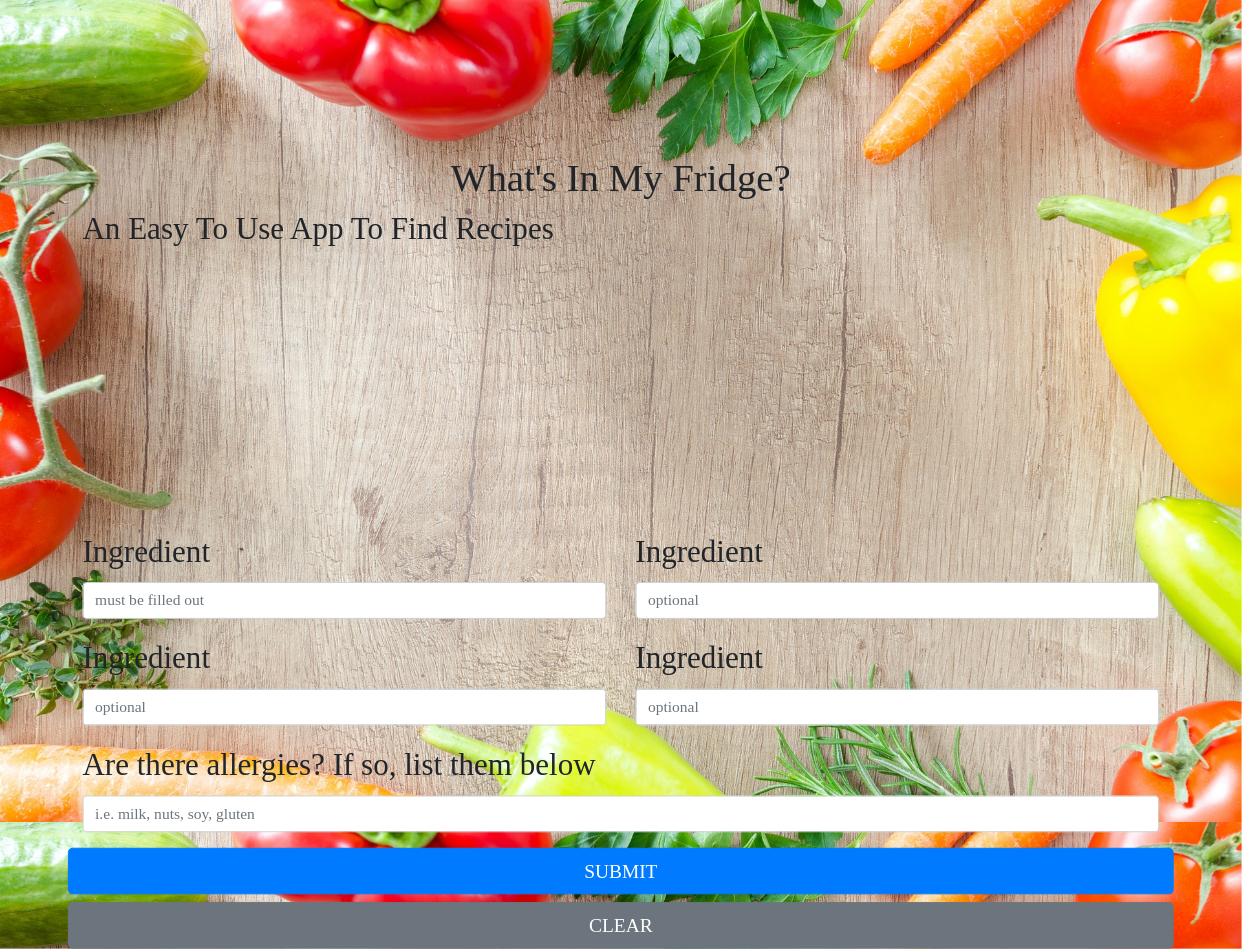
Repository: ogipajic/Recipe_API
Page: index.html
These files come from the project's save history. The page is drawn as it stood at one moment and after the next save; the edit follows.
The browser window is 1280 px wide. The pictures show the whole page, at 97% of full size.
Backgrounds fixed to the window are drawn as part of the page. Some web fonts or font styles are not loaded; a fallback is used.

Above is the page before, as saved 2020-07-06 14:59:45.
Not found: script.js

After the next save:
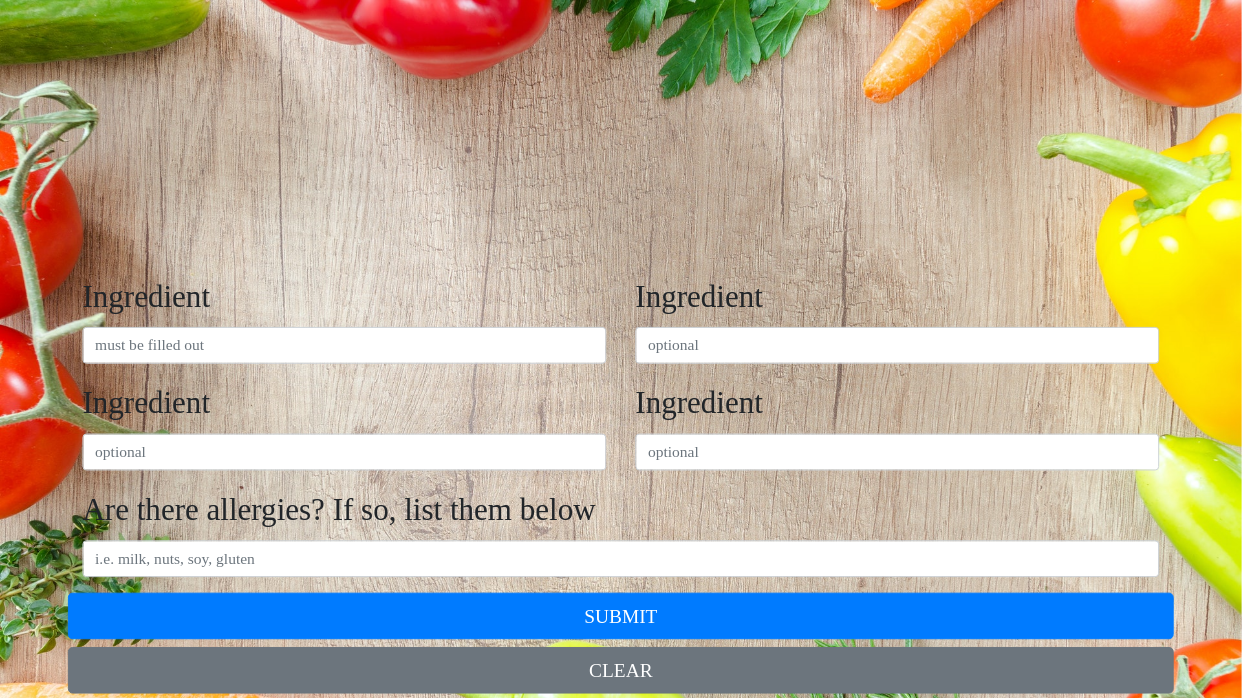
Saved 25 s later.
--- a/index.html
+++ b/index.html
@@ -13,14 +13,6 @@
   <title>What's In My Fridge?</title>
 </head>
 <body>
-    <div class="container">
-        <div class="h1">
-            <h1>What's In My Fridge?</h1>
-        </div>
-        <div class="h2">
-            <h2>An Easy To Use App To Find Recipes</h2>
-        </div>
-    </div>
     <div class="container">
         <div class="jumbotron jumbotron-fluid">
             <div class="container">
